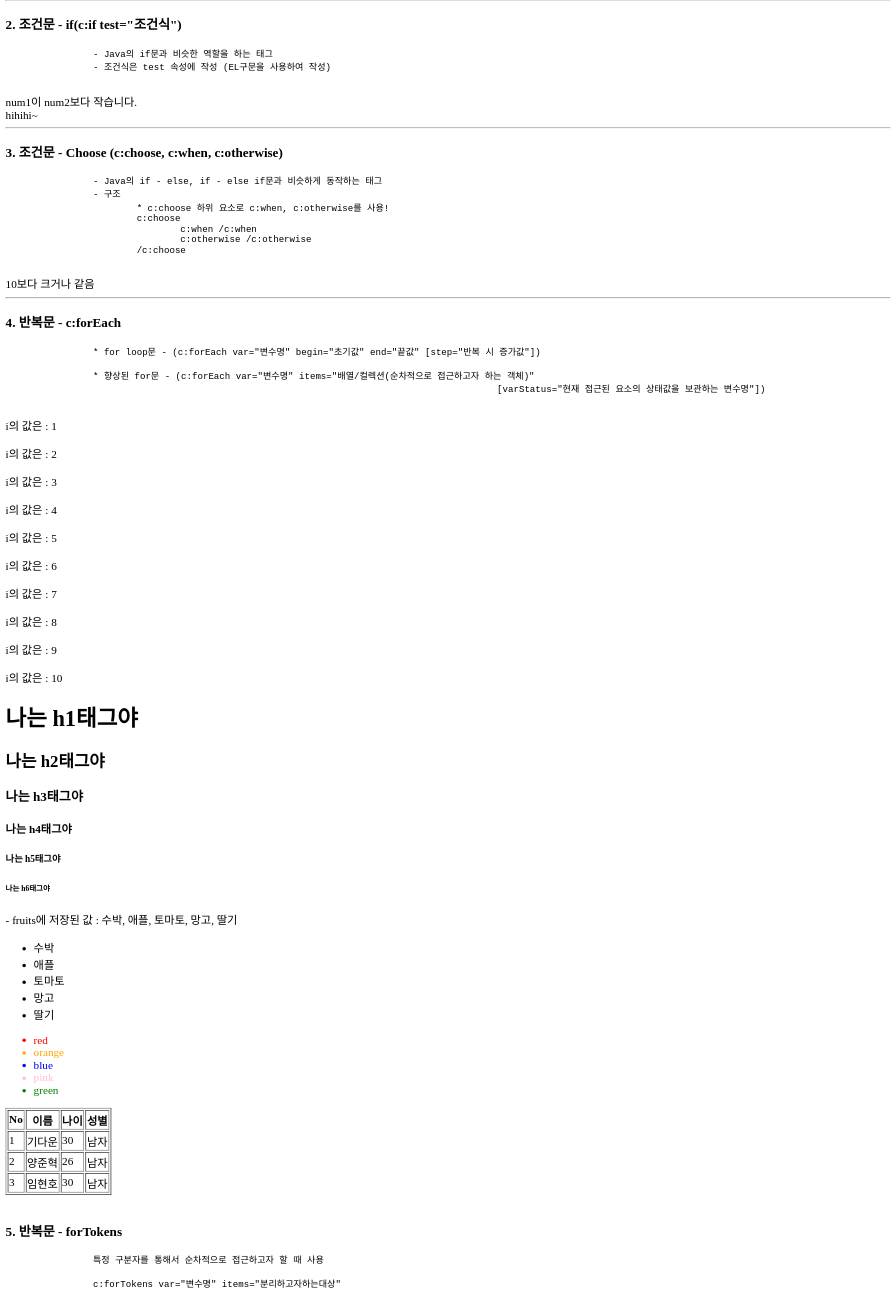
Repository: Developer-Choi-Jae-Young/ServletPractice
Page: http://localhost/3_elAction/views/3_Custom_Action/01_core.jsp
The author's editor kept a copy of each file at every save. The page is drawn from the files as they stood at one save, then again after a run of saves.
The browser window is 1280 px wide. The pictures show the part of the page from y = 794 to 2714 px (the page is 2665 px tall before and 2714 px after), at 70% of full size.
The page is served by Tomcat 9. Other server files are loaded and not shown.

Above is the page before, as saved 2024-08-27 06:25:10.

### 3_elAction/src/main/webapp/views/3_Custom_Action/01_core.jsp
<%@page import="java.util.ArrayList"%>
<%@page import="com.kh.model.vo.Person"%>
<%@ page language="java" contentType="text/html; charset=UTF-8"
    pageEncoding="UTF-8"%>
<%@ taglib prefix="c" uri="http://java.sun.com/jsp/jstl/core" %>
<!DOCTYPE html>
<html>
<head>
<meta charset="UTF-8">
<title>Custom Action Tag - Core</title>
</head>
<body>
	<h1>JSTL Core Library</h1>

	<h3>1. 변수</h3>
	<pre>
		* 변수 선언과 동시에 초기화 (c:set var="변수명" value="값" [scope="저장객체"])
			- 변수 선언하고 초기화까지의 기능을 제공
			- 해당 변수의 저장된 값을 어떤 scope에 setAttribute를 통해서 담아둘 지 결정
			=> c:set 으로 선언한 변수는 반드시 EL로 접근해야 함!
	</pre>

	<%-- num1 이라는 변수에 10이라는 값을 저장 --%>
	<c:set var="num1" value="10"/> <!-- pageScope.setAttribute("num1", 10) -->

	<%-- request 영역에 num2라는 변수에 20이라는 값을 저장 --%>
	<c:set var="num2" value="20" scope="request"/>

	<p>num1 : ${ num1 }</p>
	<p>num2 : ${ num2 }</p>

	<%-- num1과 num2의 합을 저장한 addNum이라는 변수를 session 영역에 저장 --%>
	<c:set var="addNum" value="${ num1 + num2 }" scope="session"/>

	<p>addNum : ${ addNum }</p>

	<%-- value 속성 대신 시작태그와 종료태그 사이에 초기값 지정 가능 --%>
	<c:set var="result">9999</c:set>

	<p>${ result }</p>

	<c:set var="result" value="7777" scope="request"/>
	<hr>

	<pre>
		* 변수 삭제 (c:remove var="삭제할 변수명" [scope-"삭제하고자하는 영역"])
			- 해당 scope 영역에 저장되어 있는 변수를 찾아 제거하는 태그
			=> 해당 scope에 .removeAttribute() 를 사용하여 제거하는 것과 동일하게 처리됨
	</pre>

	<%-- addNum 변수를 삭제 --%>
	<p>addNum : ${ addNum }</p>
	<c:remove var="addNum" scope="session"/>
	<p> 제거 후 addNum : ${ addNum }</p>
	<p>page scope 에 저장된 result : ${ pageScope.result }</p>
	<p>request scope 에 저장된 result : ${ requestScope.result }</p>

	<c:remove var="result"/>

	<p>scope 속성 없이 제거 : ${ pageScope.result }, ${ requestScope.result }</p>

	<hr>

	<pre>
		* 변수(데이터) 출력 (c:out value="출력하고자 하는 값"
								[default="기본값"]
								[escapeXml="true|false"])
	</pre>

	<%-- addNum에 저장된 값을 출력 --%>
	<c:out value="${ addNum }"/>
	<c:out value="${ addNum }" default="데이터 없음"/>

	<%-- outData라는 변수에 "<b>강조태그!!!</b>" 값을 저장 --%>
	<c:set var="outData" value="<b>강조태그!!!</b>"/>
	<c:out value="${ outData }"/> <%-- escapeXml 속성이 true(기본값) -> 출력데이터에 태그가 포함되어 있는 경우 해석되지 않음 --%>
	<c:out value="${ outData }" escapeXml="false"/>

	<hr>

	<h3>2. 조건문 - if(c:if test="조건식")</h3>
	<pre>
		- Java의 if문과 비슷한 역할을 하는 태그
		- 조건식은 test 속성에 작성 (EL구문을 사용하여 작성)
	</pre>

	<%-- num1이 num2보다 큰가? --%>

	<%-- JSTL로 선언된 변수는 접근 불가 (EL로만 접근 가능)
	<% if(num1 > num2) { %>
	<% } %>
	--%>

	<c:if test="${ num1 > num2 }">
		num1이 num2보다 큽니다.
	</c:if>
	<c:if test="${ num1 lt num2 }">
		num1이 num2보다 작습니다.
	</c:if>
	<br>
	<c:set var="hi" value="안녕"/>
	<%--
			hi 변수에 저장된 값이 "안녕"일 경우 hihihi~ 출력
							  그렇지 않은 경우 byebye 출력
	--%>
	<c:if test="${ hi == '안녕' }">
		hihihi~	<br>
	</c:if>
	<c:if test="${ hi != '안녕' }">
		byebye <br>
	</c:if>

	<hr>

	<h3>3. 조건문 - Choose (c:choose, c:when, c:otherwise)</h3>
	<pre>
		- Java의 if - else, if - else if문과 비슷하게 동작하는 태그
		- 구조
			* c:choose 하위 요소로 c:when, c:otherwise를 사용!
			c:choose
				c:when /c:when
				c:otherwise /c:otherwise
			/c:choose
	</pre>

	<%-- num1의 값이 20보다 크면 "20보다 큼"
					, 10보다 크거나 같으면 "10보다 크거나같음"
					, 그렇지 않으면 "10보다 작음" 을 출력 --%>
	<%--
	<% if(num1 > 20) { %>
		20보다 큼
	<% } else if(num1 >= 10) {%>
	<% } else { %>
	<% } %>
	--%>

	<c:choose>
		<c:when test="${ num1 gt 20 }">20보다 큼</c:when>
		<c:when test="${ num1 ge 10 }">10보다 크거나 같음</c:when>
		<c:otherwise>10보다 작음</c:otherwise>
	</c:choose>

	<hr>
	<h3>4. 반복문 - c:forEach</h3>
	<pre>
		* for loop문 - (c:forEach var="변수명" begin="초기값" end="끝값" [step="반복 시 증가값"])

		* 향상된 for문 - (c:forEach var="변수명" items="배열/컬렉션(순차적으로 접근하고자 하는 객체)"
											  [varStatus="현재 접근된 요소의 상태값을 보관하는 변수명"])
	</pre>
	<%--
	<%
		for(int i=0; i<10; i++) {
	%>
		<p>i의 값은 : <%= i %> </p>
	<% } %>
	--%>
	<c:forEach var="i" begin="1" end="10">
		<p>i의 값은 : ${ i }</p>
	</c:forEach>

	<%-- h1 ~ h6 태그를 출력하는데, "나느 hx태그야" --%>
	<c:forEach var="t" begin="1" end="6">
		<c:out value="<h${ t }>나는 h${ t }태그야</h${ t }>" escapeXml="false"/>
	</c:forEach>

	<c:set var="fruits">
		수박, 애플, 토마토, 망고, 딸기
	</c:set>

	- fruits에 저장된 값 : ${ fruits }

	<ul>
		<c:forEach var="f" items="${ fruits }">
			<li>${ f }</li>
		</c:forEach>
	</ul>

	<%--
		colors라는 변수에 4가지의 색상을 콤마(,)로 구분하여 저장
		목록 태그로 해당 글자 색생을 출력
	 --%>

	 <c:set var="colors">
	 	red, orange, blue, pink, green
	 </c:set>

	 <ul>
	 <c:forEach var="c" items="${ colors }">
	 	<li style="color: ${ c }">${ c }</li>
	 </c:forEach>
	 </ul>

	 <%
	 	ArrayList<Person> list = new ArrayList<>();

	 	list.add(new Person("기다운", 30, "남자"));
	 	list.add(new Person("양준혁", 26, "남자"));
	 	list.add(new Person("임현호", 30, "남자"));
	 %>
	 <%-- request.setAttribute("pList", list); --%>
	 <c:set var="pList" value="<%= list %>" scope="request"/>

	 <table border="1">
	 	<thead>
	 		<tr>
	 			<th>No</th>
	 			<th>이름</th>
	 			<th>나이</th>
	 			<th>성별</th>
	 		</tr>
	 	</thead>
	 	<tbody>
	 		<%--
	 		<% if(list.isEmpty()) { %>
	 			<tr>
	 				<td colspan="4"> 조회된 결과가 없습니다.</td>
	 			</tr>
	 		<% } else { %>
	 		<% for(int i =0; i < list.size(); i++) { %>
	 			<tr>
	 				<td> <%= i %></td>
	 				<td> <%= list.get(i).getName() %></td>
	 				<td> <%= list.get(i).getAge() %></td>
	 				<td> <%= list.get(i).getGender() %></td>
	 			</tr>
	 		<% } %>
	 		<% } %>
	 		 --%>
	 		<c:choose>
	 		<c:when test="${ empty pList }">
	 			<tr>
	 				<td colspan="4"> 조회된 결과가 없습니다.</td>
	 			</tr>
	 		</c:when>
	 		<c:otherwise>
	 			<c:forEach var="p" items="${ pList }" varStatus="s">
	 			<tr>
	 				<td>${ s.count }</td>
	 				<td>${ p.name }</td>
	 				<td>${ p.age }</td>
	 				<td>${ p.gender }</td>
	 			</tr>
			 </c:forEach>
	 		</c:otherwise>
	 		</c:choose>
	 	</tbody>
	 </table>

	 <br>

	 <h3>5. 반복문 - forTokens</h3>
	 <pre>
	 	특정 구분자를 통해서 순차적으로 접근하고자 할 때 사용

	 	c:forTokens var="변수명" items="분리하고자하는대상"
	 </pre>
</body>
</html>

### 3_elAction/src/main/java/com/kh/model/vo/Person.java
package com.kh.model.vo;

public class Person {
	private String name;
	private int age;
	private String gender;

	public Person() {

	}

	public Person(String name, int age, String gender) {
		this.name = name;
		this.gender = gender;
		this.age = age;
	}

	public String getName() {
		return name;
	}

	public void setName(String name) {
		this.name = name;
	}

	public int getAge() {
		return age;
	}

	public void setAge(int age) {
		this.age = age;
	}

	public String getGender() {
		return gender;
	}

	public void setGender(String gender) {
		this.gender = gender;
	}

	@Override
	public String toString() {
		return "Person [name=" + name + ", age=" + age + ", gender=" + gender + "]";
	}
}

After the next 2 saves:
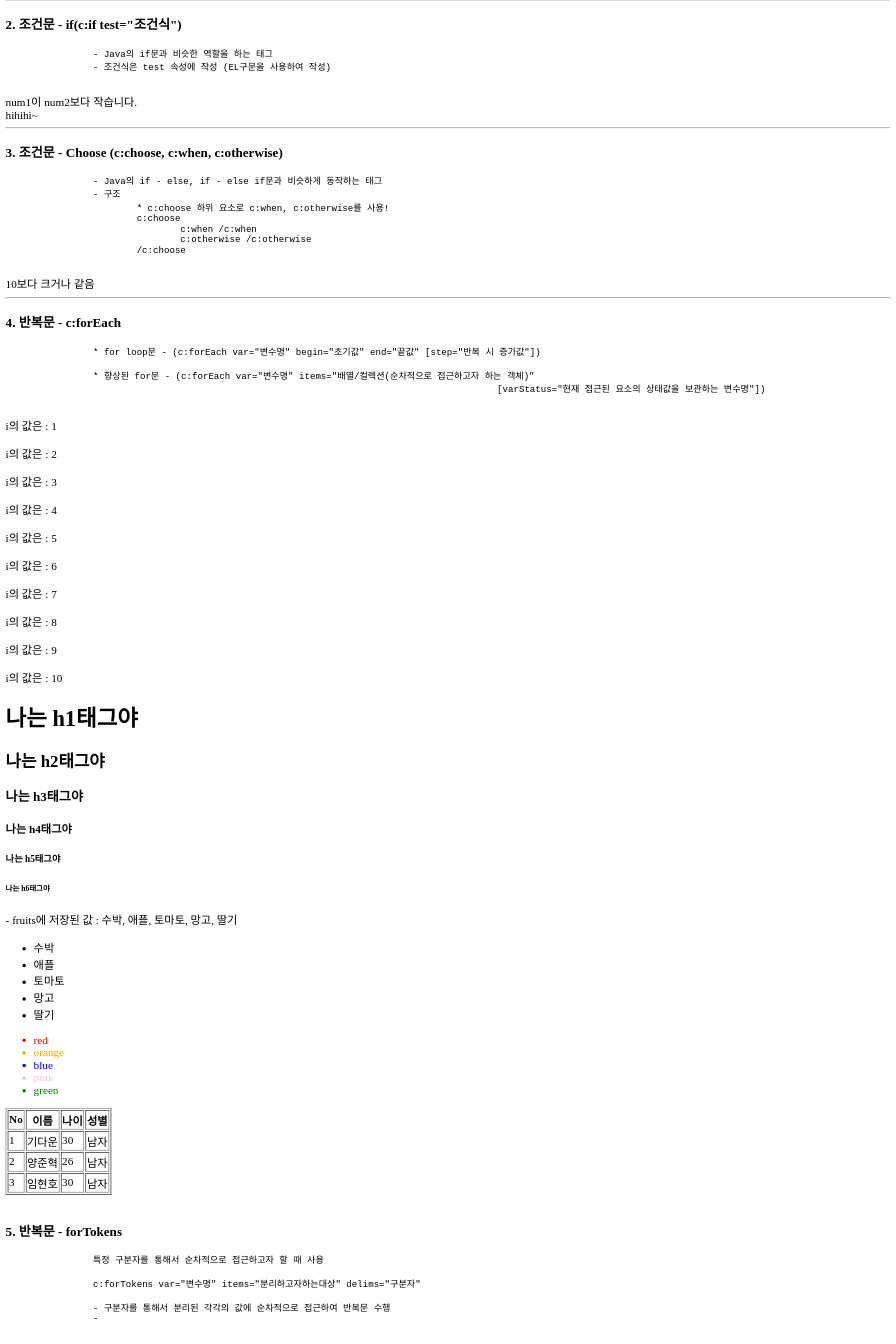
The 2 saves are shown as one change because they came seconds apart.
The last was saved 58 s later.
--- a/3_elAction/src/main/webapp/views/3_Custom_Action/01_core.jsp
+++ b/3_elAction/src/main/webapp/views/3_Custom_Action/01_core.jsp
@@ -253,7 +253,10 @@
 	 <pre>
 	 	특정 구분자를 통해서 순차적으로 접근하고자 할 때 사용
 
-	 	c:forTokens var="변수명" items="분리하고자하는대상"
+	 	c:forTokens var="변수명" items="분리하고자하는대상" delims="구분자"
+
+	 	- 구분자를 통해서 분리된 각각의 값에 순차적으로 접근하여 반복문 수행
+	 	-
 	 </pre>
 </body>
 </html>
